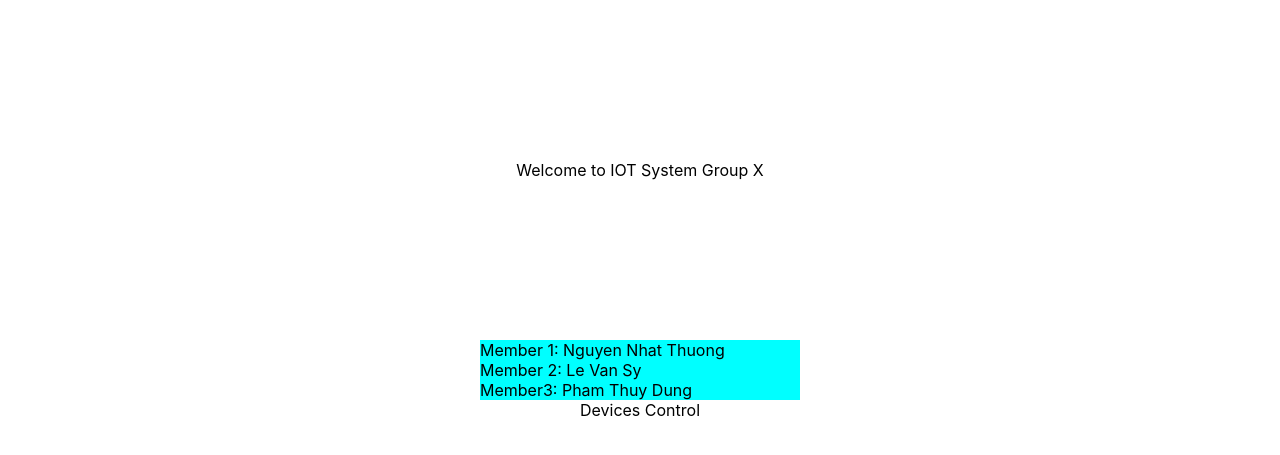
Repository: ngnhthuong/IOT_LAB
Page: /
These files come from the project's save history. The page is drawn as it stood at one moment and after the next save; the edit follows.
The browser window is 1280 px wide. The pictures show the whole page.
The project was rebuilt for these pictures with package versions that can differ from the ones it lists, and the page was loaded fresh each time.

Above is the page before, as saved 2024-04-23 14:36:25.

### src/App.js
import "./App.css";

function App() {
  return (
    <div className="main">
      <div></div>
      <div className="welcome-name">Welcome to IOT System Group X</div>
      <div className="member-name">
        <div className="member">Member 1: Nguyen Nhat Thuong</div>
        <div className="member">Member 2: Le Van Sy</div>
        <div className="member">Member3: Pham Thuy Dung</div>
      </div>
      <div>Devices Control</div>
      <div>
        <div>
          <div></div>
          <div></div>
        </div>
        <div>
          <div></div>
          <div></div>
        </div>
      </div>
    </div>
  );
}

export default App;

### src/App.css
* {
  margin: 0;
  padding: 0;
  box-sizing: border-box;
}

.main{
  width: 100vw;
  height: 100vh;
  display: flex;
  /* justify-content: center; */
  align-items: center;
  flex-direction: column;
}

.welcome-name{
  display: flex;
  justify-content: center;
  padding: 10rem;
}

.member-name{
  display: flex;
  flex-direction: column;
  background-color: aqua;
  width: 20rem;
}

.member{
  display: flex;
  left: 0;
}

Loaded but not shown: public/index.html (common file); src/index.js (common file); src/index.css (common file)

After the next save:
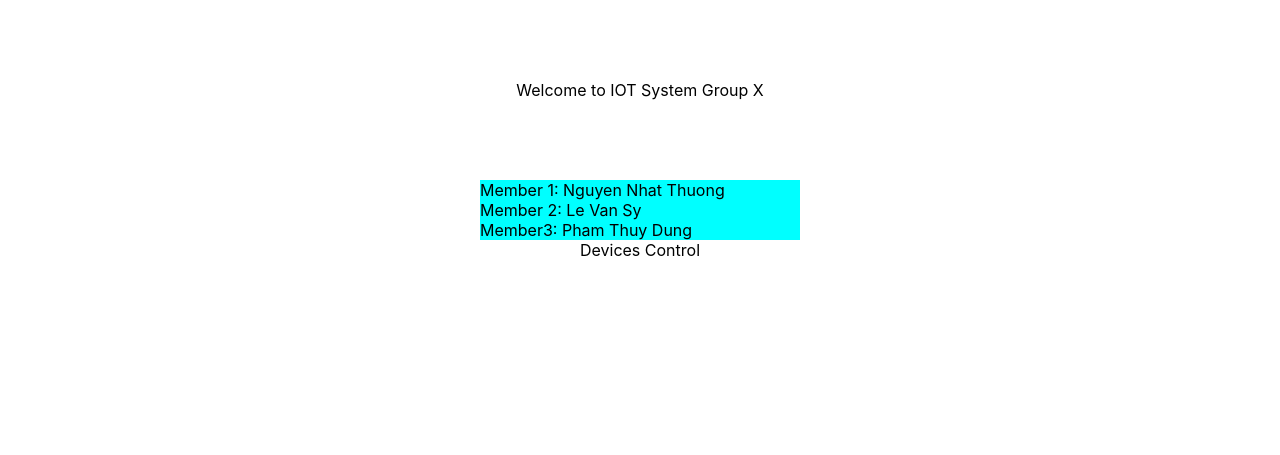
Saved 7 s later.
--- a/src/App.css
+++ b/src/App.css
@@ -16,7 +16,7 @@
 .welcome-name{
   display: flex;
   justify-content: center;
-  padding: 10rem;
+  padding: 5rem;
 }
 
 .member-name{
